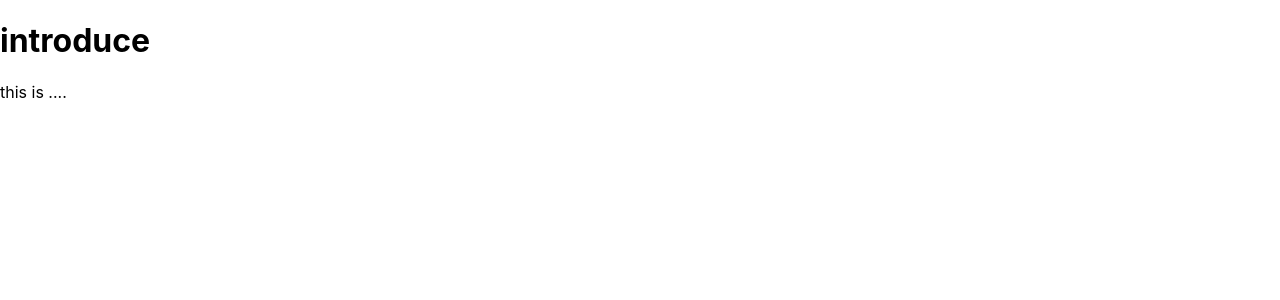
Repository: jongheonleee/hello_my_react
Page: /about (app in router-tutorial/)
These files come from the project's save history. The page is drawn as it stood at one moment and after the next save; the edit follows.
The browser window is 1280 px wide. The pictures show the whole page.
The project was rebuilt for these pictures with package versions that can differ from the ones it lists, and the page was loaded fresh each time. Also part of the build but not shown: router-tutorial/src/pages/Home.js, router-tutorial/src/pages/Profile.js, router-tutorial/src/App.css.

Above is the page before, as saved 2024-09-24 14:04:35.

### router-tutorial/src/App.js
import logo from './logo.svg';
import { Routes, Route } from'react-router-dom';
import About from './pages/About';
import Home from './pages/Home';
import Profile from './pages/Profile';
import './App.css';

const App = () => {
  return (
    <Routes>
      <Route path='/' element={<Home/>}/>
      <Route path='/about' element={<About/>}/>
      <Route path='/profiles/:username' element={<Profile/>}/>
    </Routes>
  );
}

export default App;

### router-tutorial/src/pages/About.js
import {useLocation} from 'react-router-dom';
import { useSearchParams } from 'react-router-dom';

const About = () => {
    const [searchParams, setSearchParams] = useSearchParams();
    const detail = searchParams.get('detail');
    const mode = searchParams.get('mode');

    const onToggleDetail = () => {
        setSearchParams({ mode, detail : detail === 'true' ? false : true});

    };

    const onIncreasMode = () => {
        const nextMode = mode === null ? 1 : parseInt(mode) + 1;
        setSearchParams({ mode : nextMode, detail});
    };


    return (
        <div>
            <h1>introduce</h1>
            <p>this is ....</p>

        </div>
    );
};

export default About;

Loaded but not shown: router-tutorial/public/index.html (common file); router-tutorial/src/index.js (common file); router-tutorial/src/index.css (common file); router-tutorial/src/reportWebVitals.js (common file)

After the next save:
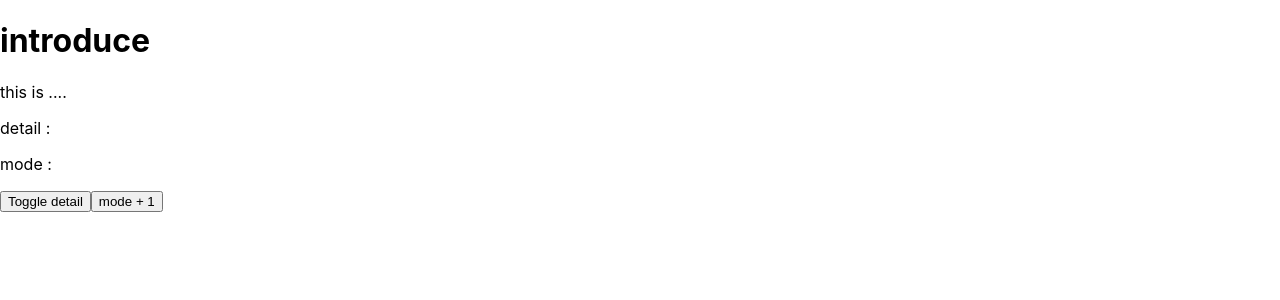
Saved 2 min 39 s later.
--- a/router-tutorial/src/pages/About.js
+++ b/router-tutorial/src/pages/About.js
@@ -21,7 +21,10 @@ const About = () => {
         <div>
             <h1>introduce</h1>
             <p>this is ....</p>
-
+            <p>detail : {detail}</p>
+            <p>mode : {mode}</p>
+            <button onClick={onToggleDetail}> Toggle detail </button>
+            <button onClick={onIncreasMode}> mode + 1 </button>
         </div>
     );
 };
